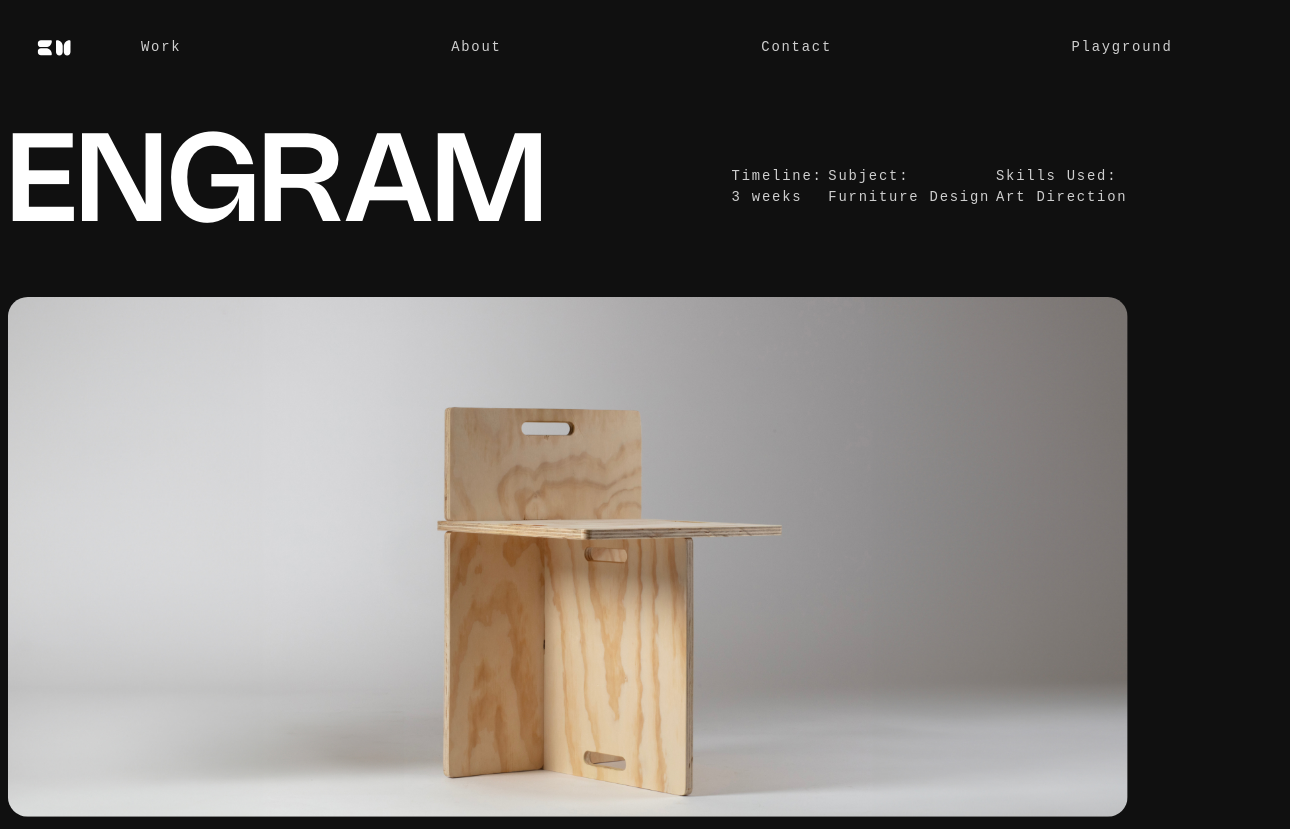
Repository: theethanwright/ethan_wright_portfolio
Page: work/work.html
The author's editor kept a copy of each file at every save. The page is drawn from the files as they stood at one save, then again after the next save.
The browser window is 1280 px wide. The page is 1303 px wide, so the pictures cover 1303 px, including what lies to the right of the window. The pictures show the whole page, at 99% of full size.

Above is the page before, as saved 2023-12-25 22:14:04.

After the next save:
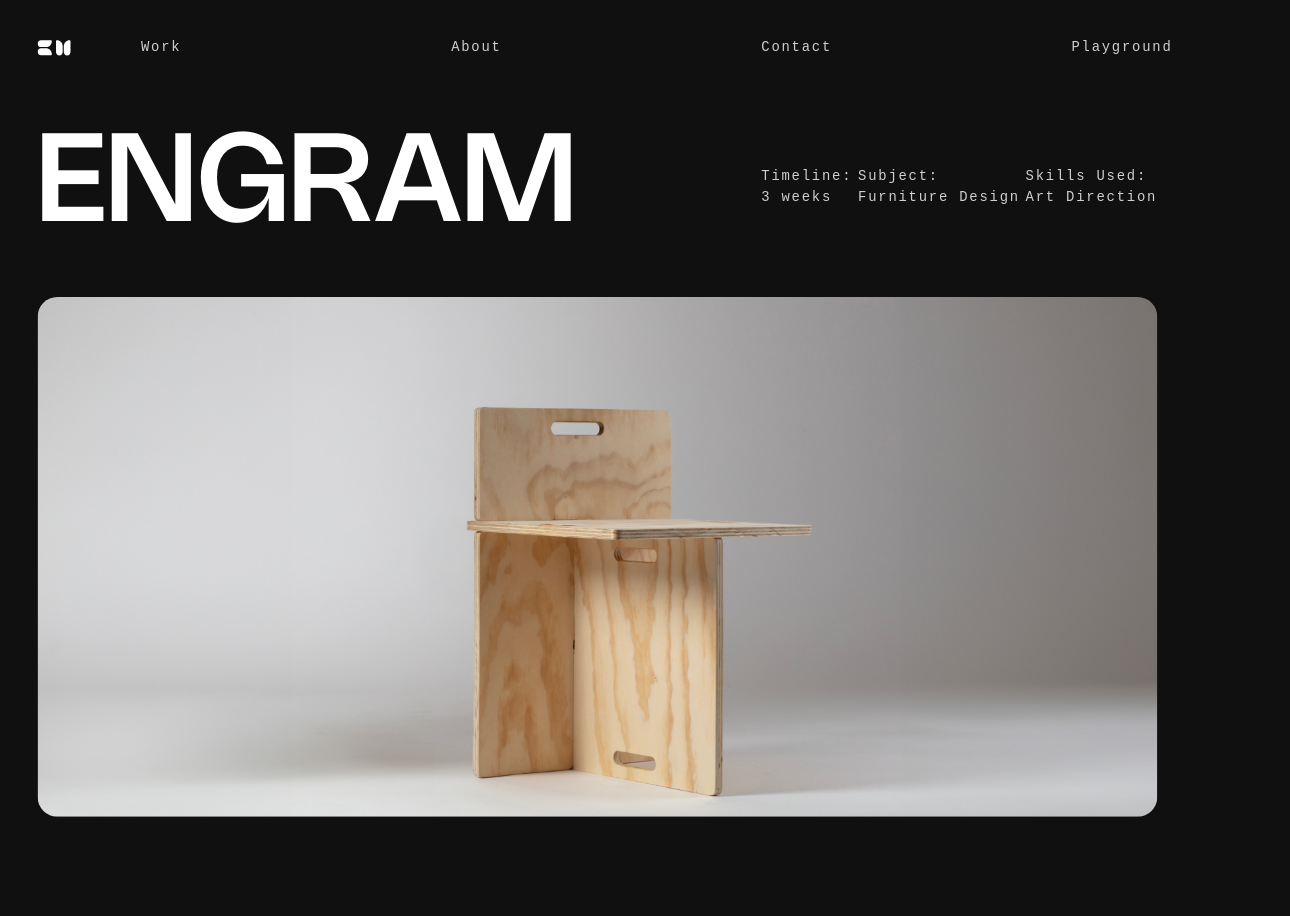
Saved 61 s later.
--- a/work/layouts.css
+++ b/work/layouts.css
@@ -66,12 +66,10 @@
       .wrapper-project {
         display: grid;
         margin: 0;
-        padding-top: 88px;
+        padding: 88px 30px;
         grid-template-columns: repeat(12, 6.771vw);
         gap: 1.389vw;
       }
-
-
 
       .wrapper-project .project-info {
         grid-column: 8 / span 4;
